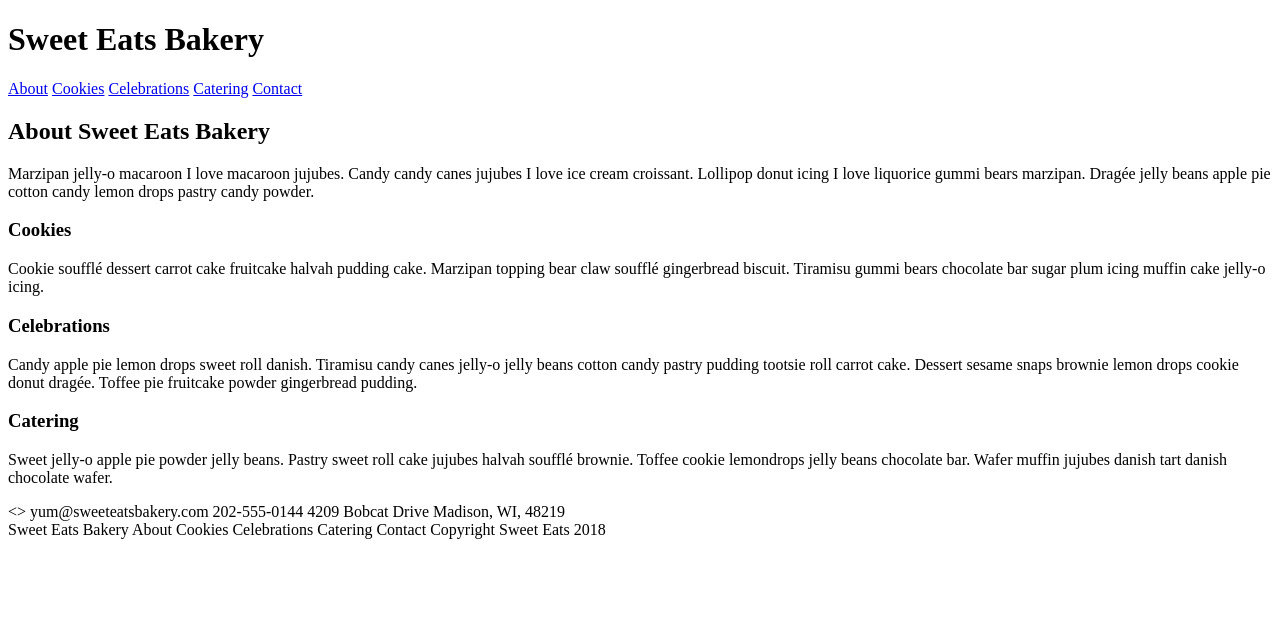
Repository: yoshimario/web-module-challenge-user-interface
Page: index.html
These files come from the project's save history. The page is drawn as it stood at one moment and after a run of saves; the edit follows.
The browser window is 1280 px wide. The pictures show the whole page.
Some web fonts or font styles are not loaded; a fallback is used.

Above is the page before, as saved 2023-05-14 14:47:44.

After the next 3 saves:
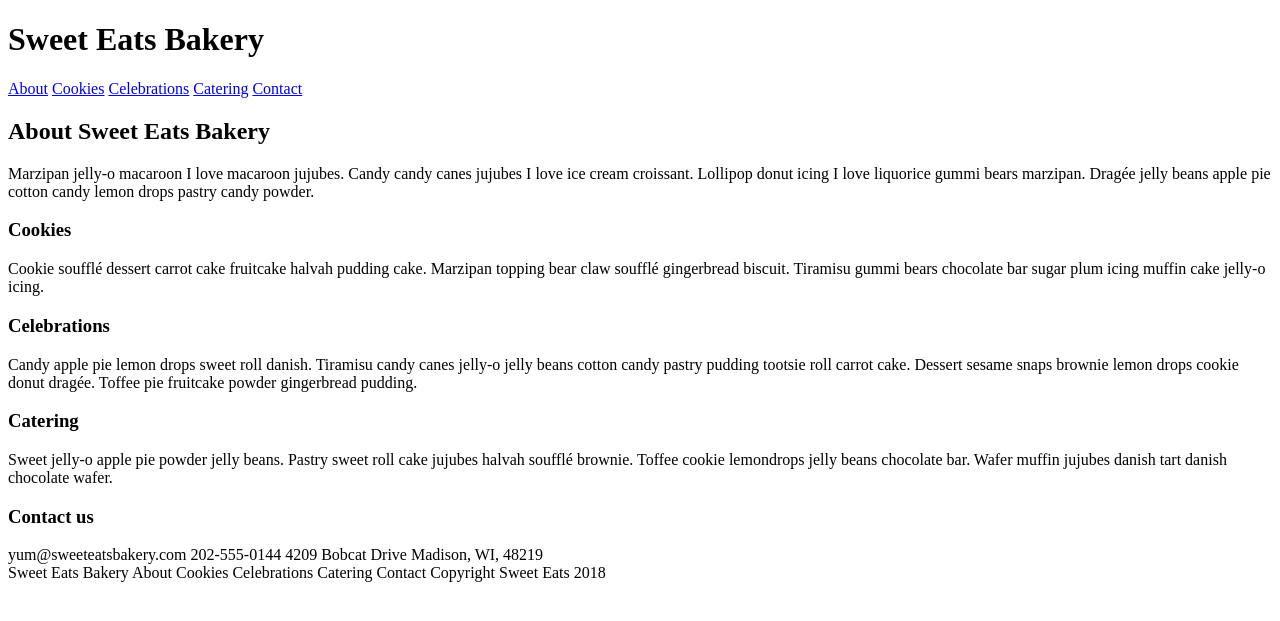
The 3 saves are shown as one change because they came seconds apart.
The last was saved 10 s later.
--- a/index.html
+++ b/index.html
@@ -56,7 +56,7 @@ gingerbread pudding.</p>
 lemondrops jelly beans chocolate bar. Wafer muffin jujubes danish tart danish chocolate wafer.</p>
 </section>
 <section>
-<>
+<h3>Contact us</h3>
 
 yum@sweeteatsbakery.com
 202-555-0144
